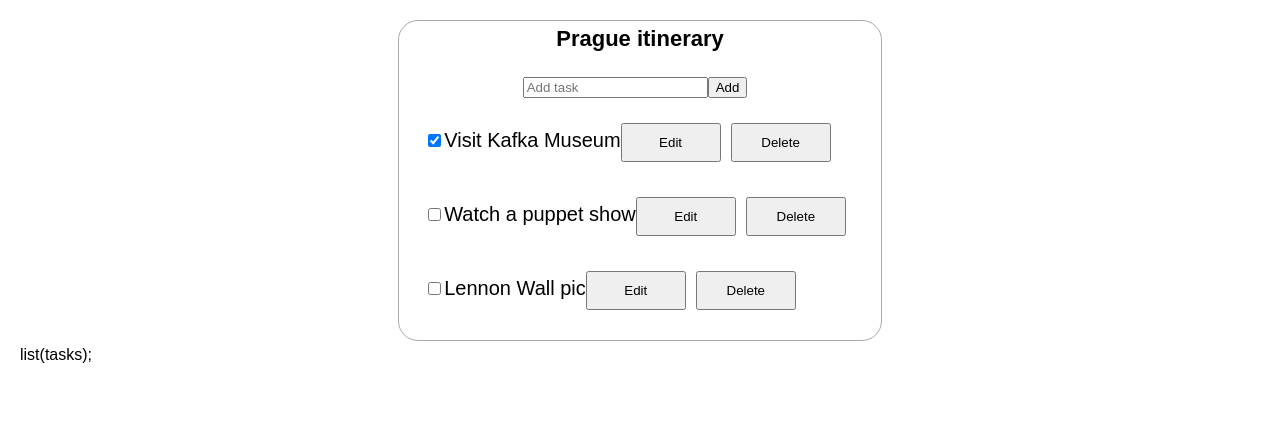
Repository: trider/my-react-app
Page: /
An editor plug-in stored every save of this project. The page is shown before and after the next save, followed by the edit.
The browser window is 1280 px wide. The pictures show the whole page.
The project was rebuilt for these pictures with package versions that can differ from the ones it lists, and the page was loaded fresh each time. Also part of the build but not shown: src/components/basic/Gallery.js, src/components/basic/Profile.js, src/components/utils.js, src/components/basic/Avatar.js, src/components/basic/GridX.js, src/components/time/Clock.js, src/components/time/Time.js, src/components/basic/ListT.js and 54 more. Imported but missing from the stored project, and not drawn on this page: src/components/stateManagement/Accoridion.

Above is the page before, as saved 2024-04-25 11:01:48.

After the next save:
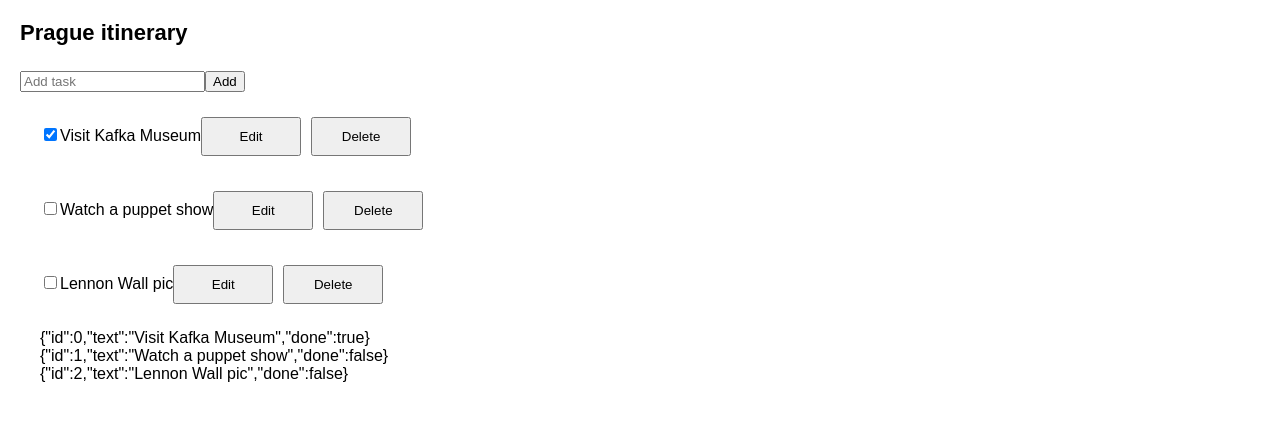
Saved 12 s later.
--- a/src/components/stateManagement/Reducers/TaskApp.js
+++ b/src/components/stateManagement/Reducers/TaskApp.js
@@ -42,7 +42,6 @@ export default function TaskApp() {
 
   return (
     <>
-      <Card>
       <h1>Prague itinerary</h1>
       <AddTask onAddTask={handleAddTask} />
       <TaskList
@@ -50,9 +49,8 @@ export default function TaskApp() {
         onChangeTask={handleChangeTask}
         onDeleteTask={handleDeleteTask}
       />
-      </Card>
-      list(tasks);
 
+      {list(tasks)}
     </>
   );
 }
